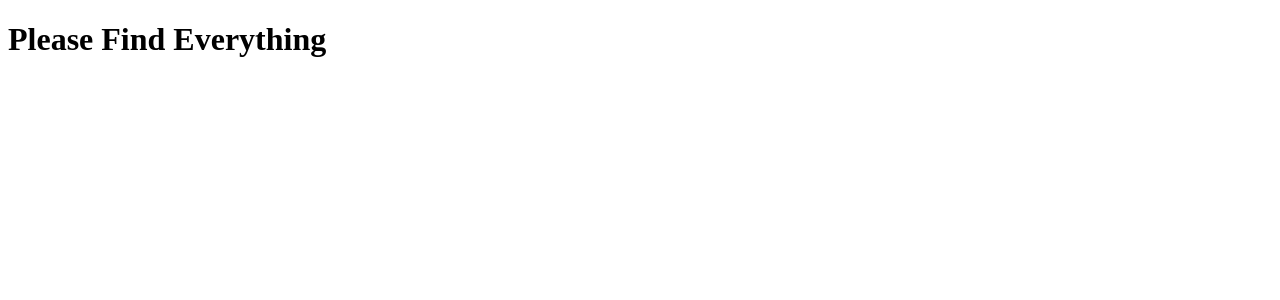
Repository: tracykeeya/my_first_web
Page: index.html
The author's editor kept a copy of each file at every save. The page is drawn from the files as they stood at one save, then again after a run of saves.
The browser window is 1280 px wide. The pictures show the whole page.

Above is the page before, as saved 2025-11-03 02:01:27.

### index.html
<!DOCTYPE html>
<html lang="en">
<head>
    <meta charset="UTF-8">
    <meta name="viewport" content="width=device-width, initial-scale=1.0">
    <title>My First Web Page</title>
</head>
<body>
    <h1>Please Find Everything </h1>

</body>
</html>

After the next 2 saves:
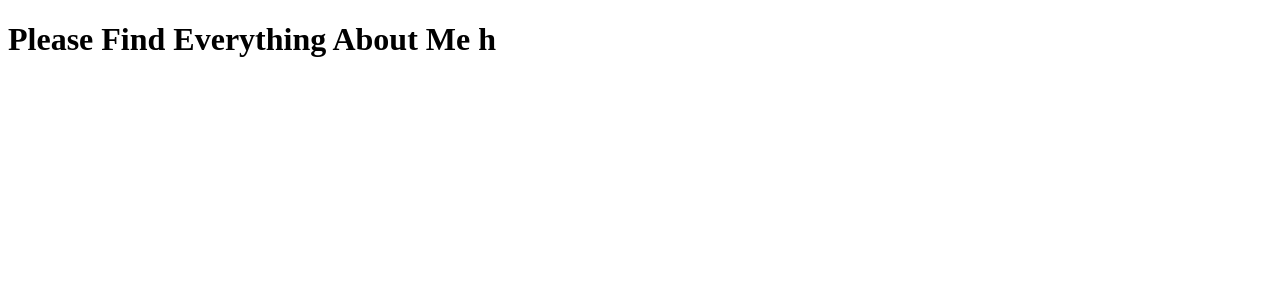
The 2 saves are shown as one change because they came seconds apart.
The last was saved 6 s later.
--- a/index.html
+++ b/index.html
@@ -6,7 +6,7 @@
     <title>My First Web Page</title>
 </head>
 <body>
-    <h1>Please Find Everything </h1>
+    <h1>Please Find Everything About Me h</h1>
 
 </body>
 </html>
